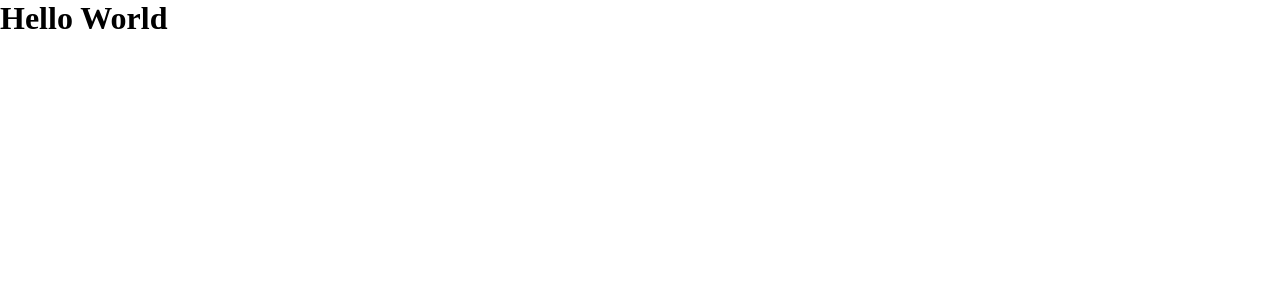
Repository: lucaslopesdevv/dtmoney
Page: /
An editor plug-in stored every save of this project. The page is shown before and after the next save, followed by the edit.
The browser window is 1280 px wide. The pictures show the whole page.
The project was rebuilt for these pictures with package versions that can differ from the ones it lists, and the page was loaded fresh each time.

Above is the page before, as saved 2021-12-06 19:40:47.

### public/index.html
<!DOCTYPE html>
<html lang="en">
  <head>
    <link rel="preconnect" href="https://fonts.googleapis.com">
    <link rel="preconnect" href="https://fonts.gstatic.com" crossorigin>
    <meta charset="utf-8" />
    <meta name="viewport" content="width=device-width, initial-scale=1" />

<Link rel="shortcut icon" href="favicon.png" type="image/png"/>

    <title>Dtmoney</title>
    <link href="https://fonts.googleapis.com/css2?family=Poppins:wght@400;600&family=Roboto:wght@400;700&display=swap" rel="stylesheet">


  </head>
  <body>
    <noscript>You need to enable JavaScript to run this app.</noscript>
    <div id="root"></div>
  </body>
</html>

### src/App.tsx
import { GlobalStyle } from "./styles/global";

export function App() {
  return (
    <div className="App">
      <h1>Hello World</h1>
      <GlobalStyle />
    </div>
  );
}

### src/styles/global.ts
import { createGlobalStyle } from 'styled-components';

export const GlobalStyle = createGlobalStyle`
:root {
    --background: #F0F2F5;
    --red: #e52e4d;
    --blue: #5429cc
    --blue-light: #6933ff;

    --text-title: #363f5f;
    --text-body: #969cb3;

    --shape: #ffffff;
}
    *{
        margin: 0;
        padding: 0;
        box-sizing: boder-box;
    }

/*font-size: 16px (Desktop)*/

html {
    @media (max-width: 1080px){
        font-size: 93.75%; /*15px*/
    }

    @media (max-width: 720px){
        font-size: 87.5%; /*14px*/
    }
}

    body {
        background-color: var(---background);
        -webkit-font-smoothing: antialiased;
    }

    button{
        cursor: pointer;
    }

    [disabled] {
        opacity: 0.6;
        cursor: not-allowed;
    }


`

Loaded but not shown: src/index.tsx (common file)

After the next save:
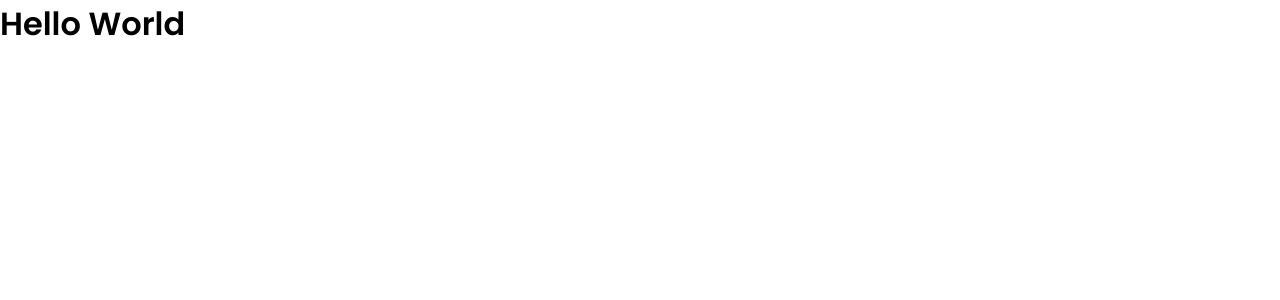
Saved 118 s later.
--- a/src/styles/global.ts
+++ b/src/styles/global.ts
@@ -35,6 +35,10 @@ html {
         -webkit-font-smoothing: antialiased;
     }
 
+    body, input, textarea, button {
+        font-family: 'Poppins', sans-serif;
+    }
+
     button{
         cursor: pointer;
     }
